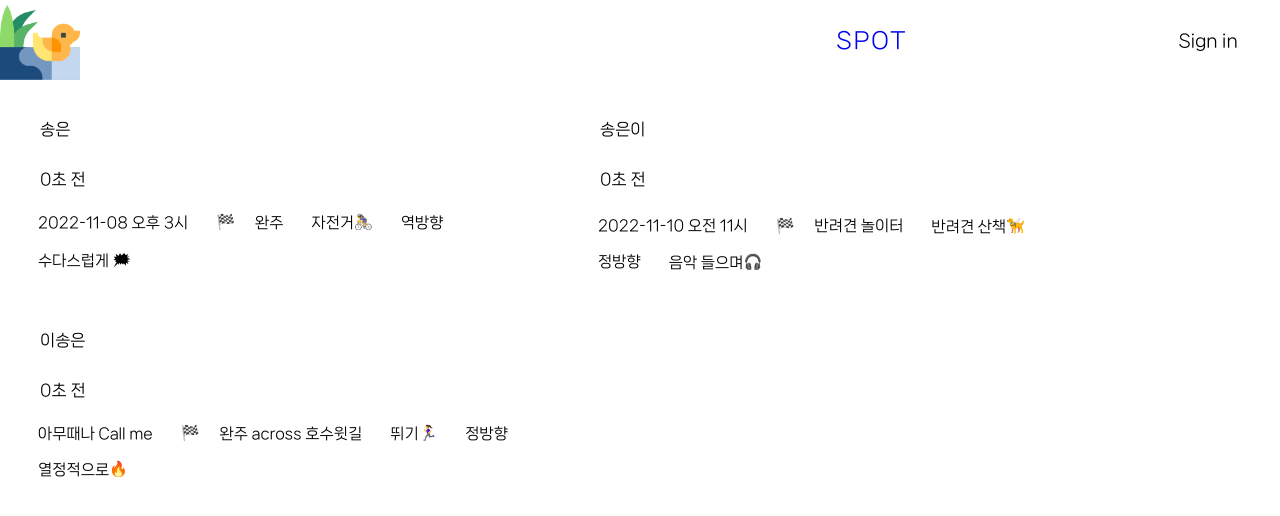
Repository: songeunleee/youngrangho
Page: /
The author's editor kept a copy of each file at every save. The page is drawn from the files as they stood at one save, then again after the next save.
The browser window is 1280 px wide. The pictures show the whole page.
Some web libraries are served in a nearby version. The project was rebuilt for these pictures with package versions that can differ from the ones it lists, and the page was loaded fresh each time. Some packages were replaced by stand-ins written for this rebuild. Also part of the build but not shown: src/app.module.css, src/components/activity/activity.module.css, src/components/footer/footer.module.css, src/components/footer/footer.jsx, src/components/home/home.module.css, src/components/home/home.jsx, src/components/add_spot/add_spot.module.css, src/components/add_spot/add_spot.jsx and 6 more.

Above is the page before, as saved 2022-11-08 07:12:45.

After the next save:
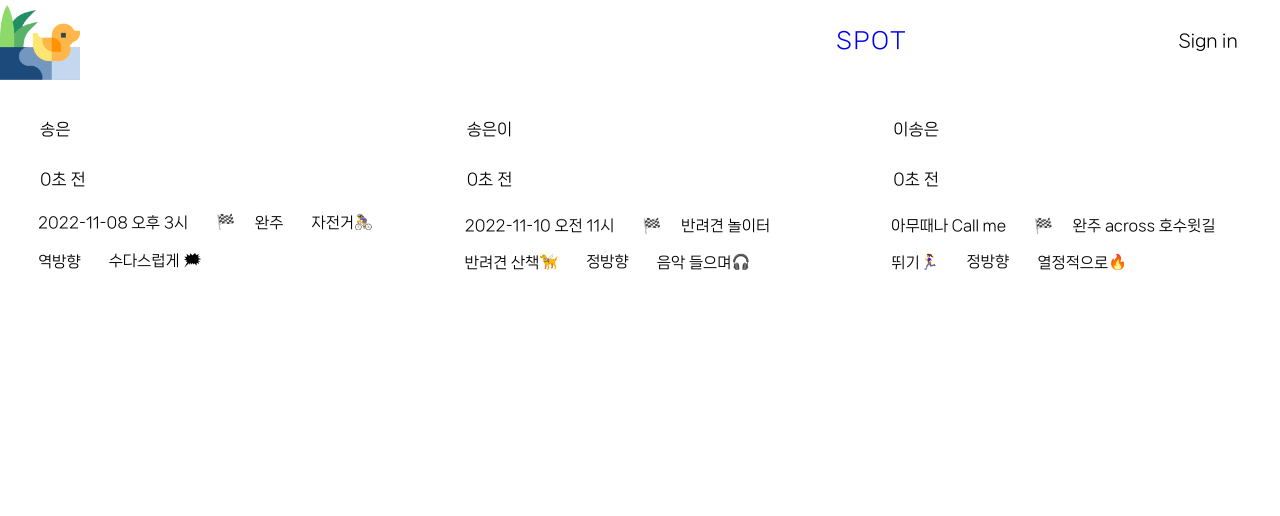
Saved 8 s later.
--- a/src/components/activity_item/activity_item.module.css
+++ b/src/components/activity_item/activity_item.module.css
@@ -10,7 +10,7 @@
   border: 1px mainLightBlue solid;
   margin: 0.5rem 1rem;
   padding: 0.5rem 0.5rem;
-  width: 40%;
+  flex: 1;
   height: auto;
   border-radius: 18px;
 }
